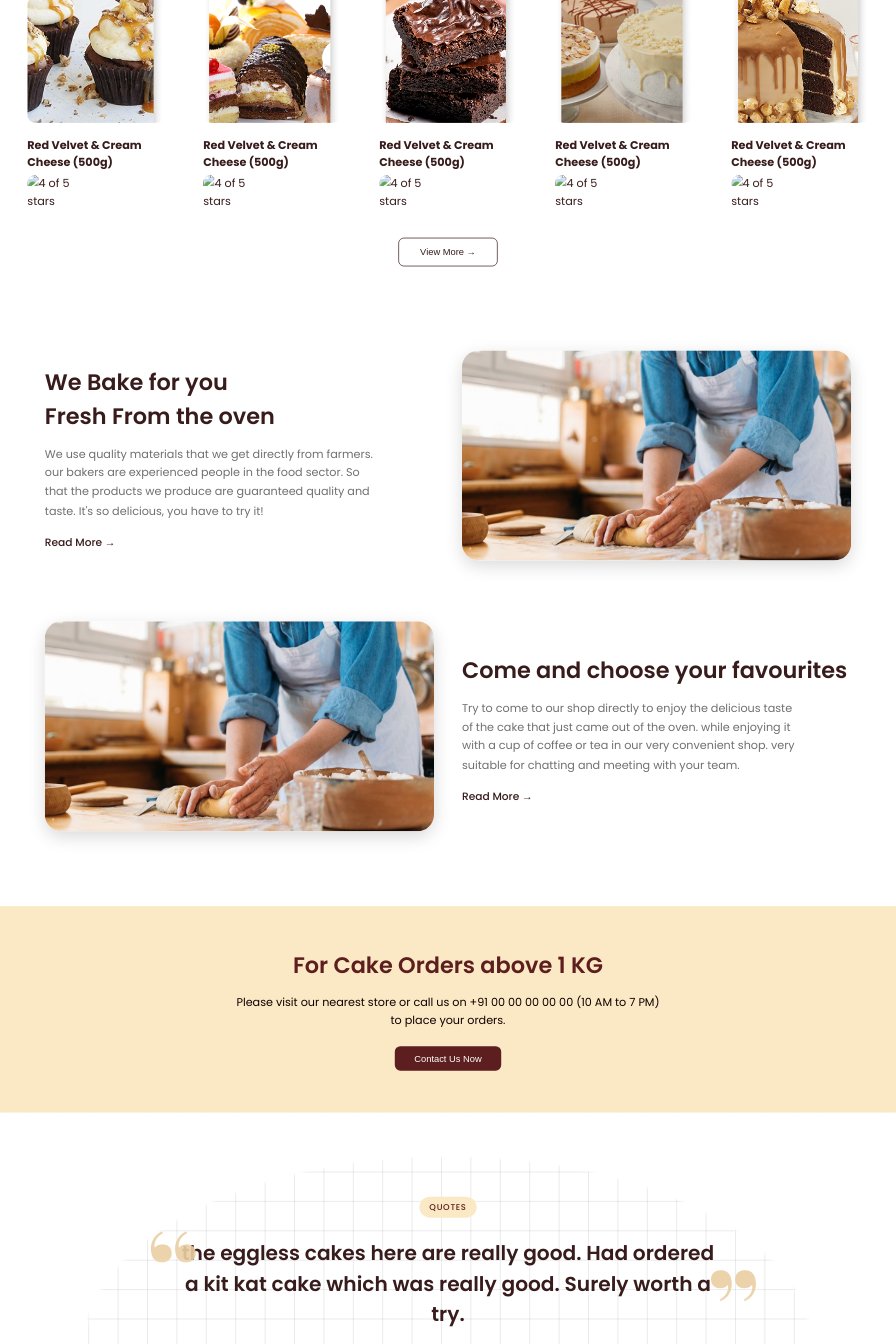
Repository: josegabrielzevallos/chocobrat-bakery-website
Page: index.html
These files come from the project's save history. The page is drawn as it stood at one moment and after the next save; the edit follows.
The browser window is 1280 px wide. The pictures show the part of the page from y = 681 to 2601 px (the page is 3145 px tall before and 3127 px after), at 70% of full size.

Above is the page before, as saved 2025-11-20 20:06:12.
Not found: assets/icons/ic-4of5stars.jpg

After the next save:
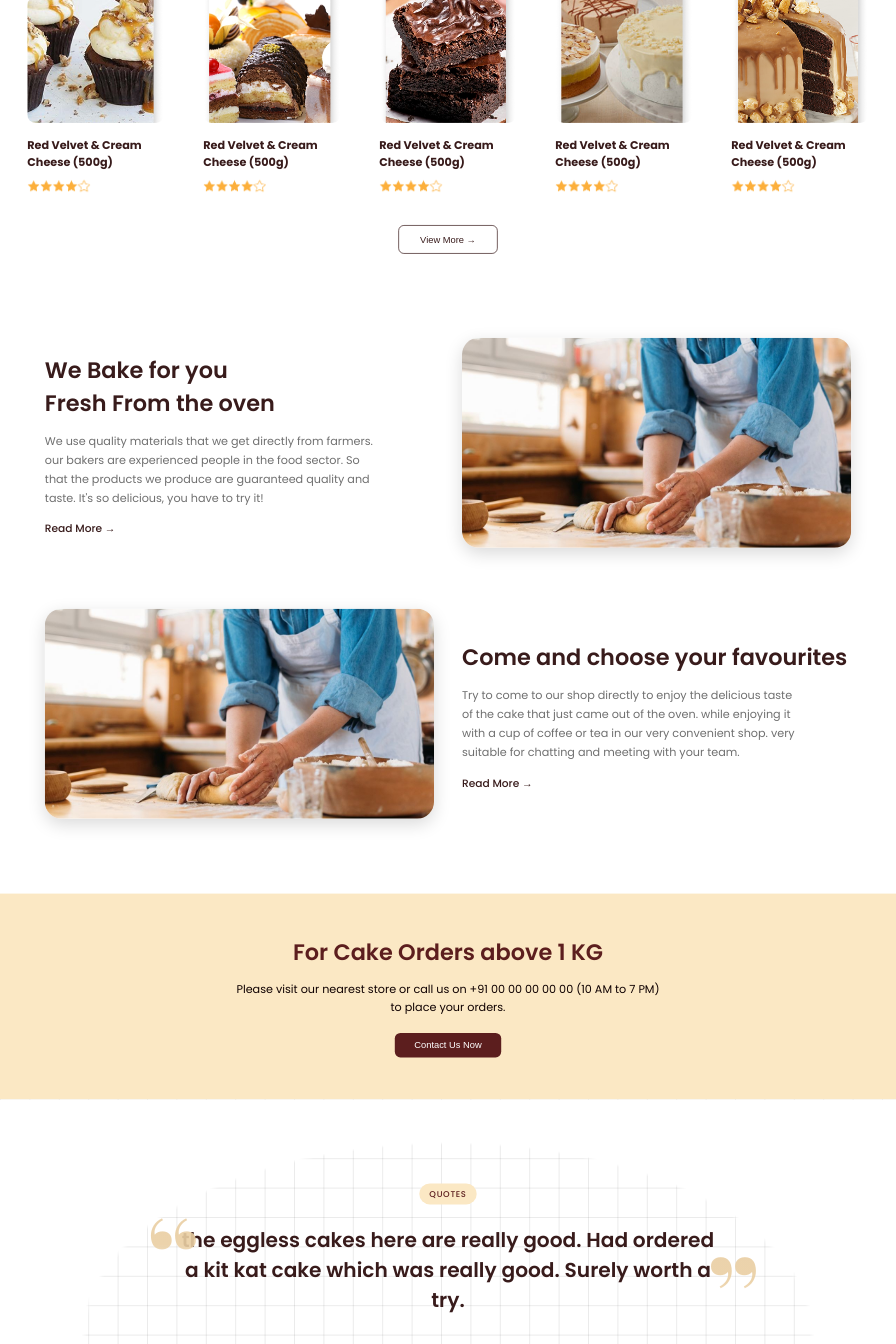
Saved 83 s later.
--- a/index.html
+++ b/index.html
@@ -107,7 +107,7 @@
                 <img src="assets/images/b5-cakes.png" alt="">
                 <h3>Red Velvet & Cream Cheese (500g)</h3>
                 <div class="rating">
-                    <img src="./assets/icons/ic-4of5stars.jpg" alt="4 of 5 stars">
+                    <img src="./assets/icons/ic-4of5stars.png" alt="4 of 5 stars">
                 </div>
 
             </article>
@@ -117,7 +117,7 @@
                 <img src="assets/images/b6-cakes.png" alt="">
                 <h3>Red Velvet & Cream Cheese (500g)</h3>
                 <div class="rating">
-                    <img src="./assets/icons/ic-4of5stars.jpg" alt="4 of 5 stars">
+                    <img src="./assets/icons/ic-4of5stars.png" alt="4 of 5 stars">
                 </div>
             </article>
 
@@ -126,7 +126,7 @@
                 <img src="assets/images/b7-cakes.png" alt="">
                 <h3>Red Velvet & Cream Cheese (500g)</h3>
                 <div class="rating">
-                    <img src="./assets/icons/ic-4of5stars.jpg" alt="4 of 5 stars">
+                    <img src="./assets/icons/ic-4of5stars.png" alt="4 of 5 stars">
                 </div>
             </article>
 
@@ -135,7 +135,7 @@
                 <img src="assets/images/b8-cakes.png" alt="">
                 <h3>Red Velvet & Cream Cheese (500g)</h3>
                 <div class="rating">
-                    <img src="./assets/icons/ic-4of5stars.jpg" alt="4 of 5 stars">
+                    <img src="./assets/icons/ic-4of5stars.png" alt="4 of 5 stars">
                 </div>
             </article>
               <!-- CARD 5 -->
@@ -143,7 +143,7 @@
                 <img src="assets/images/b9-cakes.png" alt="">
                 <h3>Red Velvet & Cream Cheese (500g)</h3>
                 <div class="rating">
-                    <img src="./assets/icons/ic-4of5stars.jpg" alt="4 of 5 stars">
+                    <img src="./assets/icons/ic-4of5stars.png" alt="4 of 5 stars">
                 </div>
             </article>
         </div>
